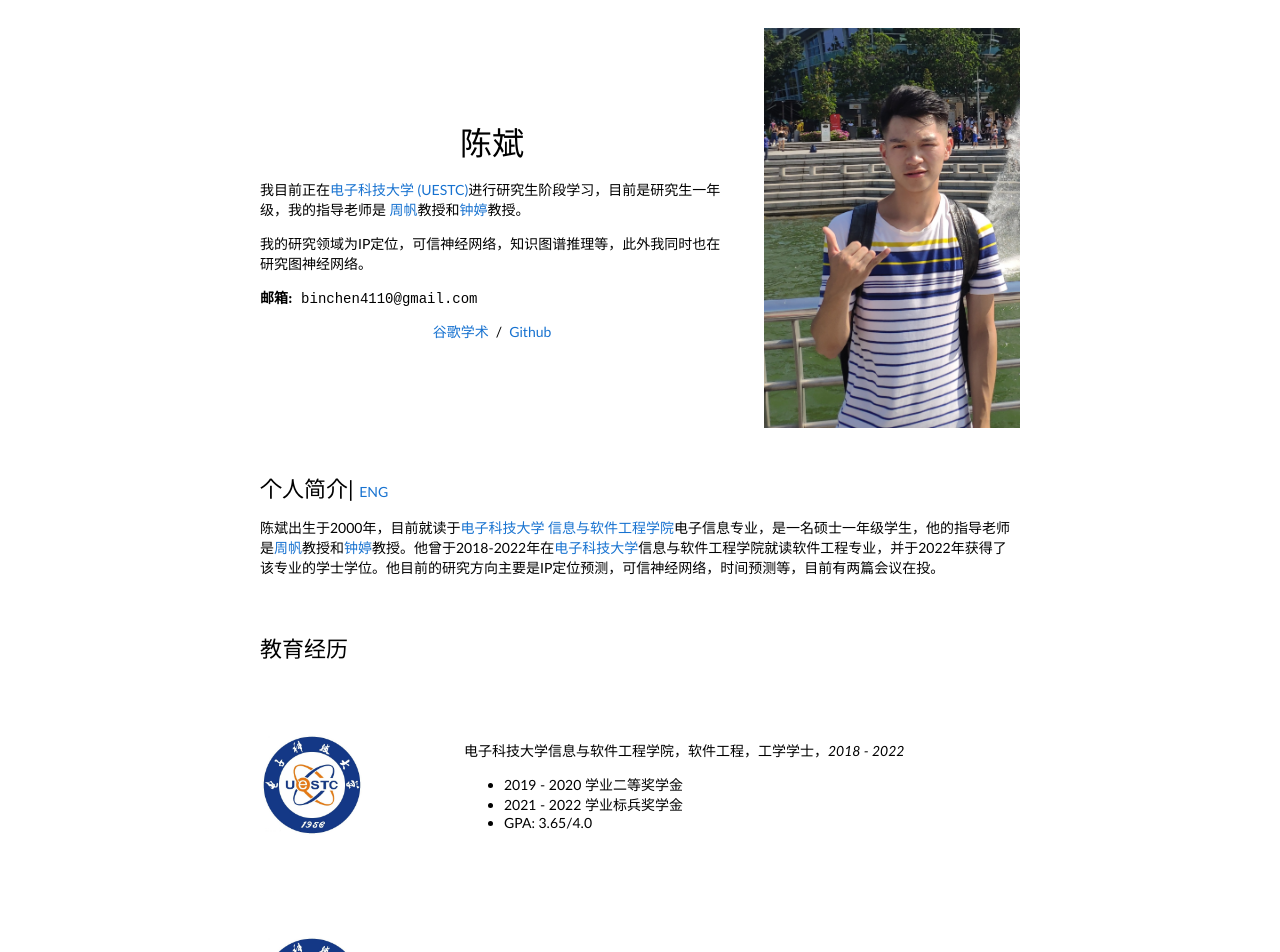
Repository: b1nchen/b1nchen.github.io
Page: index_CHN.html
These files come from the project's save history. The page is drawn as it stood at one moment and after the next save; the edit follows.
The browser window is 1280 px wide. The pictures show the part of the page from y = 0 to 952 px (the page is 1950 px tall).
A picture or video elsewhere on the page could not be fetched, so the positions and the page height are approximate.

Above is the page before, as saved 2023-12-31 08:11:50.

After the next save:
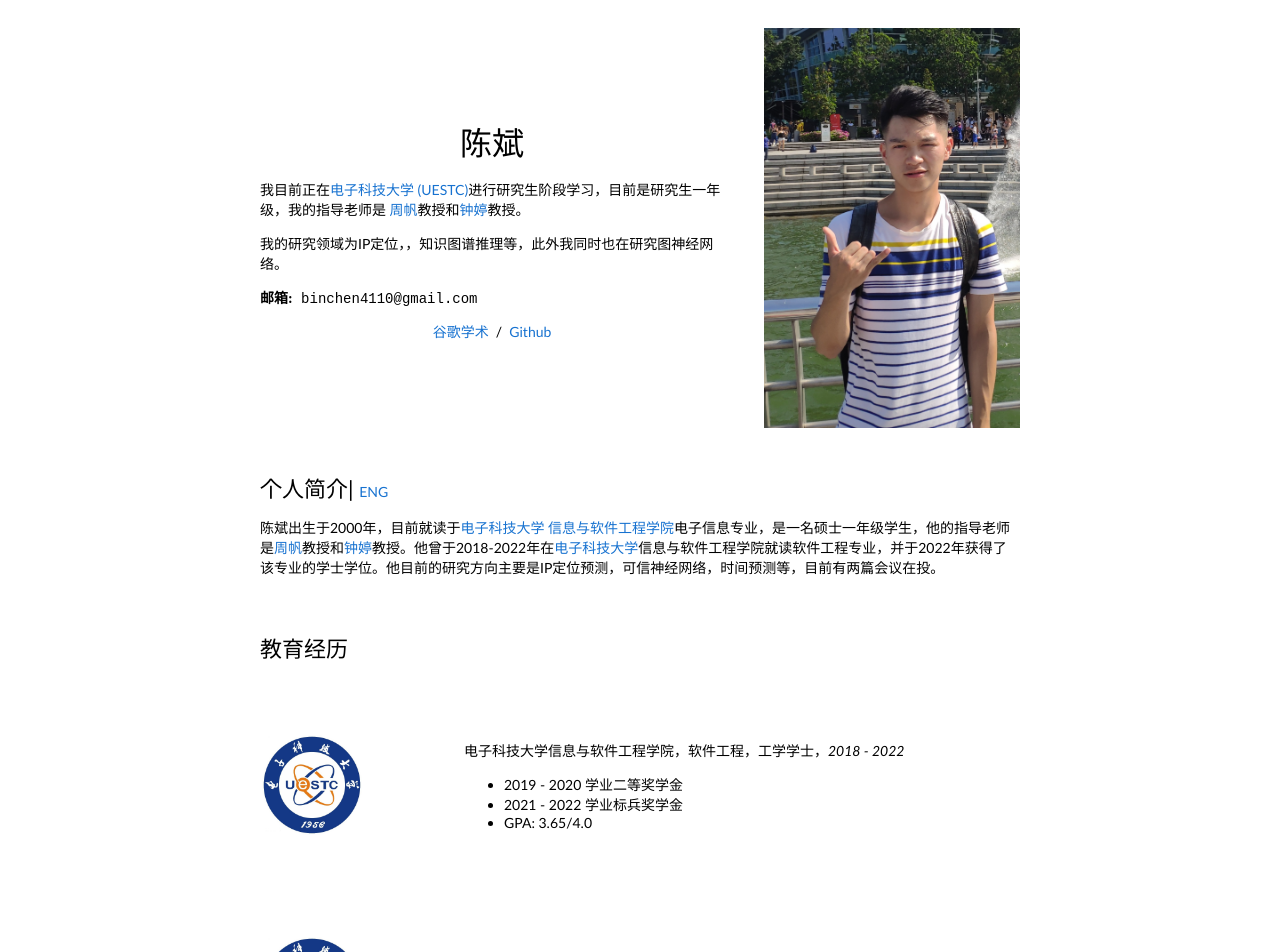
Saved 36 s later.
--- a/index_CHN.html
+++ b/index_CHN.html
@@ -32,7 +32,7 @@
                       href="https://scholar.google.com/citations?user=Mdr0XDkAAAAJ">钟婷</a>教授。
                   </p>
                   <p>
-                    我的研究领域为IP定位，可信神经网络，知识图谱推理等，此外我同时也在研究图神经网络。
+                    我的研究领域为IP定位，，知识图谱推理等，此外我同时也在研究图神经网络。
                   </p>
                   <p style="font-family: 'Courier New', Courier, monospace;">
                     <b style="font-family: 'Times New Roman', Times, serif;">邮箱:</b> binchen4110@gmail.com
@@ -242,8 +242,7 @@
                   </td>
                   <td style="padding:20px;width:75%;vertical-align:middle">
 
-                    <papertitle>TrustGeo: Uncertainty-Aware Dynamic Graph Learning for Trustworthy IP Geolocation </papertitle>(Accepted)
-
+                    <papertitle>TrustGeo: Uncertainty-Aware Dynamic Graph Learning for Trustworthy IP Geolocation </papertitle>(Accepted) <em><b style="color:red">Oral</b></em>
                     <br>
                     <a href="https://scholar.google.com/citations?user=YyxocAIAAAAJ">Wenxin Tai</a>,
                     <strong>Bin Chen</strong>,
@@ -253,7 +252,6 @@
                     <a>Yong Wang</a>,
                     <a href="https://scholar.google.com/citations?user=tnRV5QYAAAAJ">Kai Chen</a>,
 
-                    <br>
                     <em>KDD</em>, 2023, <em><strong>CCF A</strong></em>
                     <br>
                     <a href="https://drive.google.com/file/d/1PgxtmzdQAYr9Ti3rvHGgnyf05PbP-WwI/view?usp=drive_link">链接</a>
